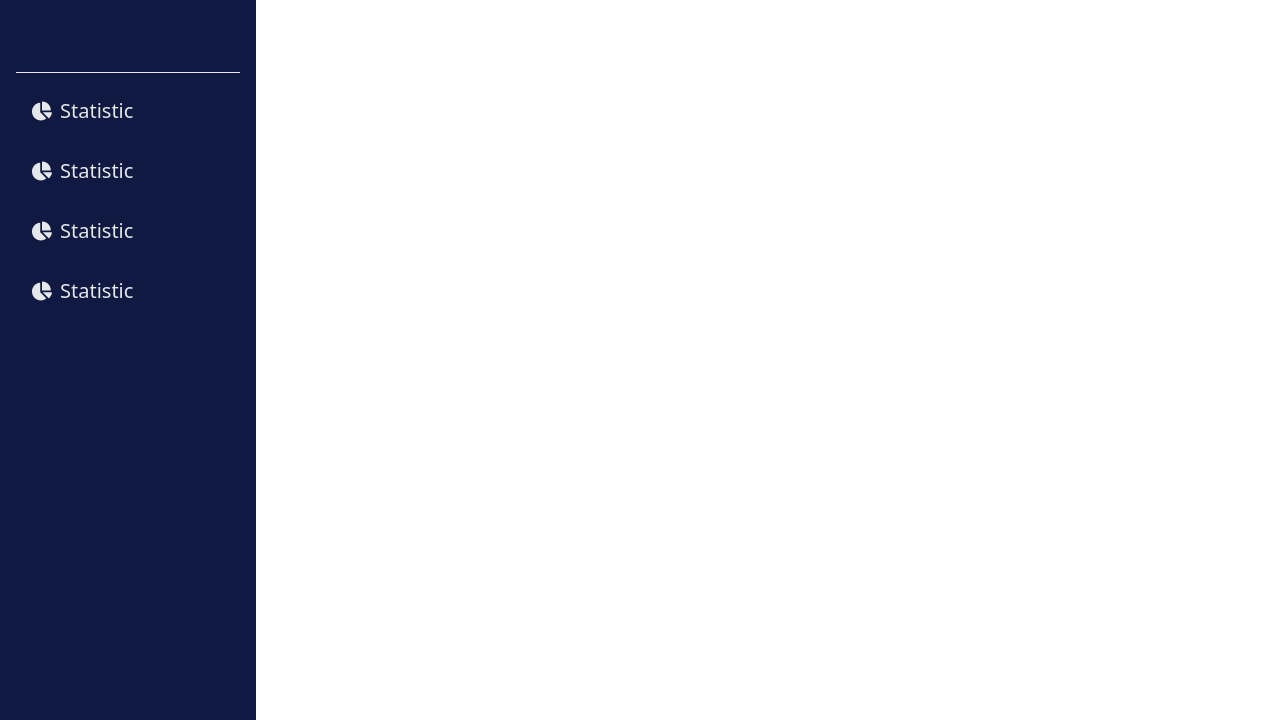
Repository: huynhvanngoan/COMP1640FE-Template
Page: /admin
These files come from the project's save history. The page is drawn as it stood at one moment and after a run of saves; the edit follows.
The browser window is 1280 px wide. The pictures show the whole page.
The project was rebuilt for these pictures with package versions that can differ from the ones it lists, and the page was loaded fresh each time. Also part of the build but not shown: src/components/buttonStyles.js, src/pages/LoginPage.jsx, src/pages/admin/AdminDashboard.jsx, src/pages/student/StudentDashboard.jsx, src/pages/department/DepartmentDashboard.jsx, src/pages/marketing/MarketingDashboard.jsx, src/pages/guest/GuestDashboard.jsx.

Above is the page before, as saved 2024-03-24 05:13:19.

### src/index.js
import React from 'react';
import ReactDOM from 'react-dom/client';
import './index.css';
import App from './App';

const root = ReactDOM.createRoot(document.getElementById('root'));
root.render(
  <React.StrictMode>
      <App />
  </React.StrictMode>
)

### src/index.css
@import url('https://fonts.googleapis.com/css2?family=Inter:wght@100;200;300;400;500;600;700;800;900&display=swap');
@tailwind base;
@tailwind components;
@tailwind utilities;

### src/App.js
import React from 'react'
import { BrowserRouter as Router, Routes, Route, Navigate } from "react-router-dom";
import LoginPage from './pages/LoginPage';
import AdminDashboard from './pages/admin/AdminDashboard';
import StudentDashboard from './pages/student/StudentDashboard';
import DepartmentDashboard from './pages/department/DepartmentDashboard';
import MarketingDashboard from './pages/marketing/MarketingDashboard';
import GuestDashboard from './pages/guest/GuestDashboard';
import Layout from './pages/admin/layout';
const App = () => {


  return (
    <Router>
        <Routes>
          <Route path="/login" element={<LoginPage/>} />

          <Route path="/admin" element={<Layout />}/>

          <Route path="/student-dashboard" element={<StudentDashboard />}/>

          <Route path="/guest-dashboard" element={<GuestDashboard />}/>

          <Route path="/department-dashboard" element={<DepartmentDashboard />}/>

          <Route path="/marketing-dashboard" element={<MarketingDashboard />}/>

          {/* <Route path='/marketing-homepage' element={<MarketingHomePage  />}/> */}

          <Route path='*' element={<Navigate to="/login" />} />

        </Routes>
    </Router>
  )
}

export default App

### src/pages/admin/layout.js
import React from 'react';
import Sidebar from './Sidebar';


export default function Layout() {
  return (
    <>
        <Sidebar />
    </>
  );
}

### src/pages/admin/Sidebar.js
import React from 'react';
import { Link } from 'react-router-dom';
import { FaChartPie } from "react-icons/fa";

export default function Sidebar() {
  return (
    <div className='fixed left-0 top-0 w-64 h-full bg-[#0f1941] p-4 pt-14'>
        <div className='flex items-center'>
          <ul className='my-4  border-t pt-4 w-full'>
            <li className='mb-4' group active>
              <Link to="#" className='flex w-full rounded-md items-center space-x-2 text-gray-200 px-4 py-2 text-xl hover:bg-[#080e24] hover:text-white group-[.active]:bg-gray-700 group-[.active]:text-white'>
                <FaChartPie />
                <span>Statistic</span>
              </Link>
            </li>
            <li className='mb-4'>
              <Link to="#" className='flex w-full rounded-md items-center space-x-2 text-gray-200 px-4 py-2 text-xl hover:bg-[#080e24] hover:text-white '>
                <FaChartPie />
                <span>Statistic</span>
              </Link>
            </li>
            <li className='mb-4'>
              <Link to="#" className='flex w-full rounded-md items-center space-x-2 text-gray-200 px-4 py-2 text-xl hover:bg-[#080e24] hover:text-white'>
                <FaChartPie />
                <span>Statistic</span>
              </Link>
            </li>
            <li className='mb-4'>
              <Link to="#" className='flex w-full rounded-md items-center space-x-2 text-gray-200 px-4 py-2 text-xl hover:bg-[#080e24] hover:text-white'>
                <FaChartPie />
                <span>Statistic</span>
              </Link>
            </li>
          </ul>
        </div>
    </div>
  );
}

### tailwind.config.js
/** @type {import('tailwindcss').Config} */
module.exports = {
  content: [
    "./src/**/*.{js,jsx,ts,tsx}",
  ],
  theme: {
    extend: {
      fontFamily: {
        "inter": ["Inter", "sans-serif"]
      }
    },
  },
  plugins: [],
}

Loaded but not shown: public/index.html (common file)

After the next 2 saves:
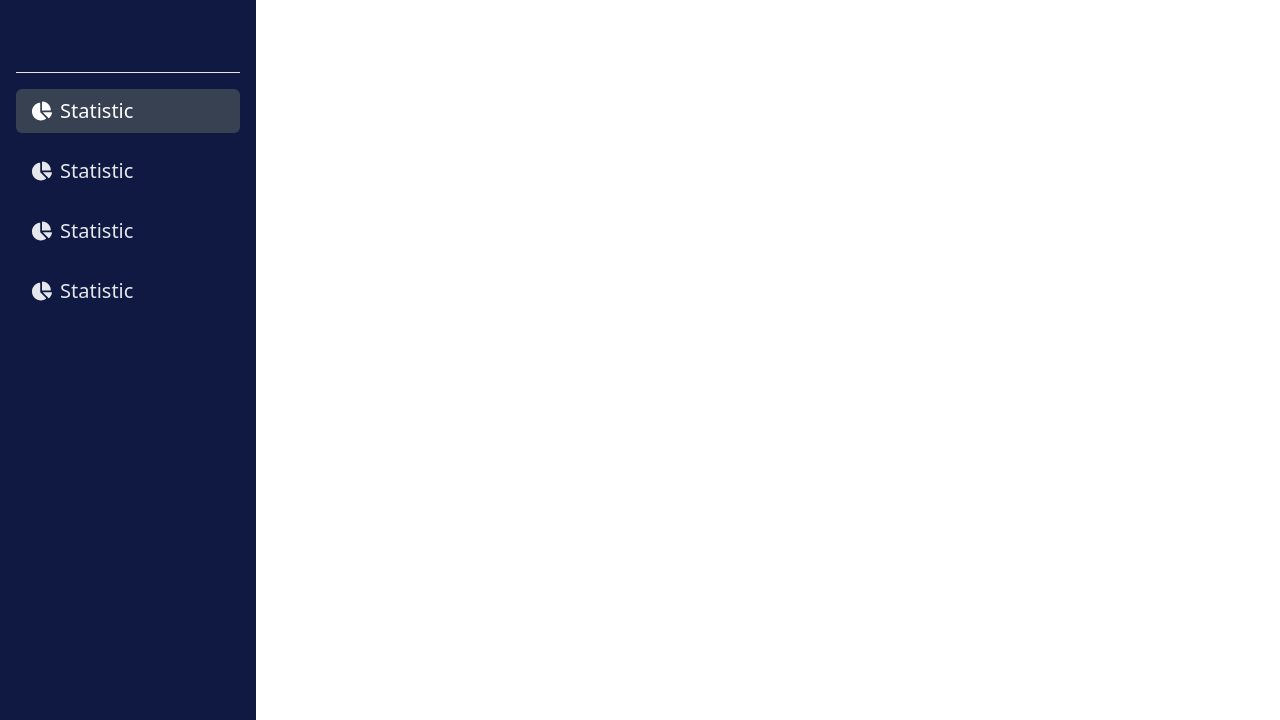
The 2 saves are shown as one change because they came seconds apart.
The last was saved 22 s later.
--- a/src/pages/admin/Sidebar.js
+++ b/src/pages/admin/Sidebar.js
@@ -7,7 +7,7 @@ export default function Sidebar() {
     <div className='fixed left-0 top-0 w-64 h-full bg-[#0f1941] p-4 pt-14'>
         <div className='flex items-center'>
           <ul className='my-4  border-t pt-4 w-full'>
-            <li className='mb-4' group active>
+            <li className='mb-4 group active' >
               <Link to="#" className='flex w-full rounded-md items-center space-x-2 text-gray-200 px-4 py-2 text-xl hover:bg-[#080e24] hover:text-white group-[.active]:bg-gray-700 group-[.active]:text-white'>
                 <FaChartPie />
                 <span>Statistic</span>
